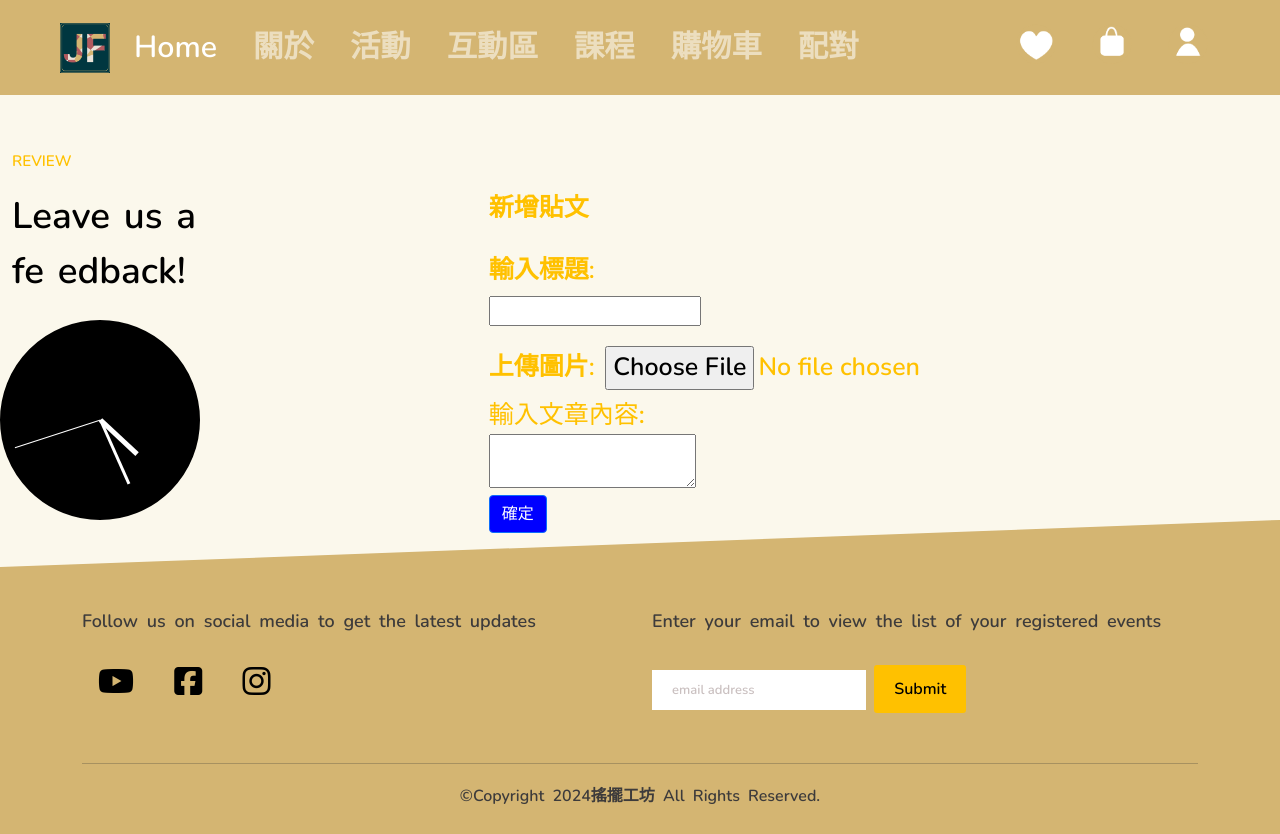
Repository: mmmooonnn0211/project
Page: workspace/demoSpringBoot-1/src/main/resources/static/html/LTInsertFront.html
The author's editor kept a copy of each file at every save. The page is drawn from the files as they stood at one save, then again after the next save.
The browser window is 1280 px wide. The pictures show the whole page.
Some web libraries are served in a nearby version.

Above is the page before, as saved 2024-05-09 13:46:06.
Console error: ReferenceError: jQuery is not defined

### workspace/demoSpringBoot-1/src/main/resources/static/html/LTInsertFront.html
<!DOCTYPE html>
<html lang="en">

<head>
	<meta charset="UTF-8">
	<meta name="viewport" content="width=device-width, initial-scale=1.0">
	<style>
		.main {
			min-height: 55vh;
			/* 让 .slant 至少占据整个视口高度 */

		}

		.clock {
			width: 200px;
			height: 200px;
			border: 2px solid #000;
			border-radius: 50%;
			background-color: #000;
			position: relative;
			margin-top: -20%;
		}

		.hour,
		.minute,
		.second {
			position: absolute;
			background-color: white;
			transform-origin: bottom center;
			/* 將旋轉的中心設置為底部中心 */
		}

		.hour {
			width: 5px;
			height: 50px;
			left: calc(50% - 2.5px);
			/* 計算時鐘中心 */
			bottom: 50%;
			background-color: white;
			/* 時針顏色：紅色 */
		}

		.minute {
			width: 3px;
			height: 70px;
			left: calc(50% - 1.5px);
			/* 計算時鐘中心 */
			bottom: 50%;
			background-color: white;
			/* 分針顏色：藍色 */
		}

		.second {
			width: 1px;
			height: 90px;
			left: calc(50% - 0.5px);
			/* 計算時鐘中心 */
			bottom: 50%;
			background-color: white;
			/* 秒針顏色：綠色 */
		}
	</style>
	<!-- Bootstrap CSS -->
	<link href="https://cdn.jsdelivr.net/npm/bootstrap@5.0.0-beta3/dist/css/bootstrap.min.css" rel="stylesheet"
		integrity="sha384-eOJMYsd53ii+scO/bJGFsiCZc+5NDVN2yr8+0RDqr0Ql0h+rP48ckxlpbzKgwra6" crossorigin="anonymous">
	<script src="https://kit.fontawesome.com/4287c80df9.js" crossorigin="anonymous"></script>

	<!--Google Font : Nunito-->
	<link rel="preconnect" href="https://fonts.gstatic.com">
	<link href="https://fonts.googleapis.com/css2?family=Nunito:wght@600&display=swap" rel="stylesheet">

	<!-- For style(All CSS content) -->
	<link rel="stylesheet" type="text/css" href="../styles/home.css" />
	<link rel="stylesheet" type="text/css" href="../styles/footer.css" />
	<link rel="stylesheet" type="text/css" href="../styles/navbar.css" />
	<link rel="icon" href="images/favicon.ico">

	<!-- JS Bundle for BS  -->
	<script src="https://cdn.jsdelivr.net/npm/popper.js@1.16.1/dist/umd/popper.min.js"
		integrity="sha384-9/reFTGAW83EW2RDu2S0VKaIzap3H66lZH81PoYlFhbGU+6BZp6G7niu735Sk7lN" crossorigin="anonymous">
		</script>

</head>


<body>



	</div>
	<!-- <section> -->
	<div class="main">
		<form method="post" action=" /LTinsertFront.controller" enctype="multipart/form-data"
			onsubmit="return validateForm();">
			<div class="container-fluid" style="margin-top: 150px;">
				<div class="row" style="margin-bottom: 100px; margin-top: 100px;">
					<div class="col-md-4" style="text-align: left;">
						<p class="review">REVIEW</p>
						<p class="feedback">Leave us a <br>fe edback!</p>
					</div>
					<div class="col-sm-8">
						<div class="container" id="cards" style="  background-color:rgxb(250, 250, 185)">
							<div class="" style="margin: auto;">
								<div id="sugg" class="neon-yellow" style="font-weight: bold; font-size: 25px; ">新增貼文
								</div>
								<br>
								<div id="text" class="neon-yellow" style=" font-size: 25px;">輸入標題:
								</div>
								<div style="height:50px; ">
									<input id="title" name="title" style="width: auto;" ; />
								</div>
								<div id="text" class="neon-yellow" style="font-weight: bold; font-size: 25px;">上傳圖片:
									<input type="file" id="picture" name="picture" />
								</div>

								<div id="picture" class="neon-yellow" style="font-size:25px; ">
									輸入文章內容:
								</div>
								<textarea id="content" name="content"></textarea>

								<div>
									<button type="submit" class="btn btn-primary"
										style="background-color:blue">確定</button>
								</div>
							</div>
						</div>
					</div>
				</div>
			</div>
		</form>
		<div class="container text-center">

		</div>
	</div>




	<div class="container">
	</div>


	<script>

		fetch('basic.html')
			.then(response => response.text())
			.then(html => {
				document.body.innerHTML += html;
			});

	</script>
	<div id="clock"></div>

	<div class="clock" id="clock">
		<div class="hour" id="hour"></div>
		<div class="minute" id="minute"></div>
		<div class="second" id="second"></div>
	</div>

	<script>
		function updateClock() {
			var now = new Date();
			var hours = now.getHours();
			var minutes = now.getMinutes();
			var seconds = now.getSeconds();

			var hourDeg = (hours % 12) * 30 + minutes * 0.5; // 一小時30度，一分鐘0.5度
			var minuteDeg = minutes * 6; // 一分鐘6度
			var secondDeg = seconds * 6; // 一秒鐘6度

			document.getElementById('hour').style.transform = 'rotate(' + hourDeg + 'deg)';
			document.getElementById('minute').style.transform = 'rotate(' + minuteDeg + 'deg)';
			document.getElementById('second').style.transform = 'rotate(' + secondDeg + 'deg)';
		}

		// 每秒更新一次時間
		setInterval(updateClock, 1000);

		// 初始化頁面時立即更新時間
		updateClock();
	</script>
	<script type="text/javascript" charset="utf8"
		src="https://cdn.datatables.net/1.11.5/js/jquery.dataTables.js"></script>
	<script src="https://cdn.jsdelivr.net/npm/bootstrap@5.0.0-beta3/dist/js/bootstrap.bundle.min.js"
		integrity="sha384-JEW9xMcG8R+pH31jmWH6WWP0WintQrMb4s7ZOdauHnUtxwoG2vI5DkLtS3qm9Ekf" crossorigin="anonymous">
		</script>

</body>

</html>

### workspace/demoSpringBoot-1/src/main/resources/static/styles/home.css
/* hiding vertical scroll bar from every page */
::-webkit-scrollbar {
  width: 0 !important
}




body {
  font-family: 'Nunito', sans-serif;
  background-color: #FBF8EC;
  word-spacing: 0.25rem;
}

::selection {
  color: black;
  background: #ffc100;
}

::placeholder {
  color: rgb(202, 192, 192);
}

.neon-yellow {
  color: #ffc100;
}

.working-heading {
  font-size: 2.3rem;
  font-weight: bold;
  color: black;
}


.date-style {
  font-weight: 850;
  padding: 0 0 0.3rem 0;
}

.sub-heading {
  font-size: 1.5rem;
  font-weight: 1000;
  padding: 0 0 0.3rem 0;
}

.small-subtext {
  color: black;
  font-weight: 700;
  font-size: 1rem;
}

.process-heading {
  font-weight: 1000;
  font-size: 0.95rem;
}

.eng,
.feedback,
.some {
  font-size: 2.3rem;
  font-weight: 1000;
  color: black;
}

.center-line {
  border-left: 0.58rem solid #ffc100;
  height: 110%;
  position: absolute;
  top: 0%;
  left: 0%;
}

.padding-for-mobile {
  padding: 0 1rem 2rem 4rem;
  text-align: left;
  /*background-color:  white;*/
}

.stickyy-corner {
  position: -webkit-sticky;
  position: sticky;
  top: 0;
}

.timeline-left-style {
  color: black;
  text-align: right;
  padding: 0 4rem 0 5.2rem;
}

.timeline-right-style {
  color: black;
  text-align: left;
  position: relative;
  padding: 0 5.2rem 0 4rem;
  overflow-y: hidden;
}

.d-block {
  margin-top: 2%;
  border-radius: 7px;
  border: 3px solid rgb(245, 241, 241);
  width: 100%;
}

.chess,
.review,
.event {
  color: #ffc100;
  font-weight: 850;
  font-size: 0.95rem;
}


#text {
  font-weight: 850;
  font-size: 0.75rem;
  margin-bottom: 7px;
}

#sugg {
  font-size: 1.5rem;
  font-weight: 1000;
}

#btn {
  background-color: #ffc100;
  color: rgb(0, 0, 0);
  padding: 10px 20px;
  text-align: center;
  border: none;
  border-radius: 3px;
  display: block;
  margin: auto;
  margin-top: 15px;
  font-weight: bold;
}


#box,
#msg {
  background-color: #DDDDDD;
  border-radius: 3.5px;
  border: none;
  margin-bottom: 12px;
  width: 100%;
}

#msg {
  height: 120px;
}

#box {
  height: 35px;
}

#spon {
  color: black;
  margin-top: 60px;
  display: flex;
  justify-content: space-evenly;
  align-items: center;
  font-weight: bold;
  margin-bottom: 20px;
}

.image {
  height: 100px;
}

.image3 {
  height: 250px;
  overflow-y: hidden;
}

.pic1,
.pic2 {
  font-weight: bold;
  font-size: medium;
}

.pic1 {
  margin-top: 20px;
}

.column {
  display: flex;
  flex-direction: column;
  justify-content: space-evenly;
  align-items: center;
}

.columns {
  display: flex;
  flex-direction: column;
  justify-content: center;
  align-items: flex-start;
}

.pic2 {
  color: gray;
  font-size: small;
}

.event,
.some,
.last,
.pic,
.pic1,
.pic2 {
  display: flex;
  justify-content: space-evenly;
  align-items: center;
}

.subhead {
  color: black;
  font-size: 3rem;
  overflow-y: hidden;
}

.active {
  color: #ffc100;
}

.active:hover {
  color: #ffc100;
}

p {
  color: black;
}

.title-img {
  width: 25%;
  margin-left: 8%;
  transform: rotate(10deg);
}

.hover {
  color: #ffc100;
}

.title-img3 {
  width: 25%;
  transform: rotate(-10deg);
}

.title-img2 {
  width: 35%;
  padding-right: 5%;
  padding-left: 5%;


}

.carousel-img-styles {
  border: 0.13rem solid black;
  border-radius: 1rem;
}

h1 {
  font-size: 5rem;
  line-height: 1.5;
  font-weight: 900;
}

#title {
  margin-bottom: 11rem;
}

.col-lg-3 {
  padding-left: 3rem;
}

.ex-btn {
  margin-top: 2.5rem;
  margin-bottom: 30px;
}

.carousel-container {
  width: 55%;
}

#cards {
  padding: 10px 50px;
}

.card {
  background-color: black;
  border-radius: 10px;
  /* display: block;
    margin: auto;
    font: 16px;
    width:55%; */
  padding: 30px 20px;

}

@media only screen and (max-width: 767px) {
  .small-subtext {
    font-size: 0.8rem;
  }

  .padding-for-mobile {
    padding: 0 0 4rem 2rem;
  }

  /*
  .sticky-corner {
    position: static;
  }
  */
  #cards {
    padding: 0px 20px;
  }


  .sub-heading {
    font-size: 1.3rem;
  }

  .process-heading {
    font-size: 0.85rem;
  }

  .working-heading {
    font-size: 1.5rem;
  }

  .timeline-left-style {
    padding: 0 2.5rem 0 3rem;
  }

  .timeline-right-style {
    padding: 0 3rem 0 2.5rem;
  }

  #spon {
    font-size: 1.5rem;
  }

  .some,
  .eng,
  .feedback {
    font-size: 1.5rem;
  }

  .card {
    width: 100%;
  }

  .pic {
    flex-direction: column;
  }

  .carousel-container {
    width: 85%;
  }
}

@media only screen and (max-width: 575px) {

  .title-img,
  .title-img3 {
    display: none;
  }

  .title-img2 {
    display: block;
    margin: auto;
    width: 100%;
    padding: 50px;
  }
}

@media only screen and (max-width: 375px) {


  .date-style {
    font-size: 0.8rem;
  }

  .sub-heading {
    font-size: 0.9rem;
  }

  .small-subtext {
    font-size: 0.7rem;
  }

  .timeline-left-style {
    padding: 0 1.6rem 0 2rem;
  }

  .timeline-right-style {
    padding: 0 2rem 0 2rem;
  }
}

### workspace/demoSpringBoot-1/src/main/resources/static/styles/footer.css
/*
hiding vertical scroll bar from every page
*/
::-webkit-scrollbar {
    width: 0 !important
}




.slant {
    /* width: 110%;
    background-color: #DDDDDD;
    transform: rotate(-3deg);
    height: 100px; */
    clip-path: polygon(0 15%, 100% 0, 100% 100%, 0 100%);
  }

  .container{
    margin-top: 30px;
  }

  .left, .right {
    font-size: large;
    font-weight: bold;
    margin-top: 50px;
    color: rgb(61, 59, 59);
    margin-bottom: 30px;
  }

  .below {
    background-color:#D4B572;
    position: relative;
    padding-top: 8px;
    padding-bottom: 6px;
    width: 100%;
    height: 100%;
  }

  #mail {
    border: none;
    height: 30px;
    padding: 20px;
    font-size: small;
    font-weight: bold;
  }

  #bttn {
    background-color: #ffc100;
    color: black;
    padding: 12px 20px;
    text-align: center;
    border: none;
    border-radius: 3px;
    font-weight: bold;
  }


  .fa-youtube:hover{
    color: rgb(230, 59, 59);
    transition: 0.5s;
  }

  .fa-twitter:hover, .fa-facebook-square:hover{
    color: rgba(18, 212, 212, 0.596);
    transition: 0.5s;
  }

  .fa-instagram:hover{
    color: rgb(218, 30, 61);
    transition: 0.5s;
  }

  .fa-github{
    color: rgb(43, 36, 36);
    transition: 0.5s;
  }

  .fab {
    padding: 0 1rem 0 1rem;
    font-size: 2rem;
    color: black;
  }

  .last {
    font-weight: 900;
    color: rgb(61, 59, 59);
    margin: 20px;
    display: flex;
  justify-content: space-evenly;
  align-items: center;
  }

  @media only screen and (max-width: 767px) {
    .slant{
      clip-path: polygon(0 5%, 100% 0, 100% 100%, 0 100%);
    }
  }

  @media only screen and (max-width: 375px) {
    .slant{
      clip-path: polygon(0 5%, 100% 0, 100% 100%, 0 100%);
    }
  }

### workspace/demoSpringBoot-1/src/main/resources/static/styles/navbar.css
/* 鼠標移動導覽列*/
.nav-item :hover {
  color: rgb(255, 128, 128);
  cursor: pointer;
  background-color: #B15A5E;
  border-radius: 10px;
}

.navbar a {
  color: #ff2600a2;
  border-radius: 10px;
}


.navbar {
  padding: 1rem 2rem;
  position: fixed;
  z-index: 100;
  width: 100%;
  margin: 0;
  top: 0;
  left: 0;
  background-color: #D4B572;
}

.nav-item {
  padding: 0 20px 0 0;
}

.nav-link {
  font-size: 1.9rem;
  font-weight: 900;

}


.dropdown-item,
.dropdown-menu {
  background-color: #B15A5E;
  color: #BF3F41;
  ;
  margin: 0;
}






.dropdown-menu a {
  color: white;
  ;
  text-decoration: none;
  display: block;
  text-align: left;
}

### workspace/demoSpringBoot-1/src/main/resources/static/html/basic.html
<!doctype html>
<html lang="en">

<head>
    <!-- Required meta tags -->
    <meta charset="utf-8">
    <meta name="viewport" content="width=device-width, initial-scale=1">




    <title>JFSwing</title>
</head>

<body>

    <!-- Shashank's Section -->
    <!-- <section class="title"> -->
    <!-- Navbar section -->
    <nav class="navbar navbar-expand-lg navbar-dark">
        <!-- <LOGO> -->
        <div class="container-fluid">
            <div width="50px" height="50px">
                <a class="m-3" href="index.html"> <img src="../images/LOGO.png" width="50px" height="50px"
                        alt="Eternals">
                </a>
                <button class="navbar-toggler" type="button" data-bs-toggle="collapse" data-bs-target="#navbarCollapse"
                    aria-controls="navbarCollapse" aria-expanded="false" aria-label="Toggle navigation">
                    <span class="navbar-toggler-icon"></span>
                </button>
            </div>
            <div class="collapse navbar-collapse" id="navbarCollapse">
                <ul class="navbar-nav ">
                    <li class="nav-item">
                        <a class="nav-link active" href="frontPage.html">Home </a>
                    </li>
                    <li class="nav-item">
                        <a class="nav-link" href="about.html">關於</a>
                    </li>
                    <li class="nav-item">
                        <a class="nav-link" href="EventAll.html">活動</a>
                    </li>
                    <li class="nav-item">
                        <a class="nav-link" href="/LTSelectAll2">互動區</a>
                    </li>
                    <li class="nav-item">
                        <a class="nav-link" href="contact.html">課程</a>
                    </li>
                    <li class="nav-item">
                        <a class="nav-link" href="">購物車</a>
                    </li>
                    <li class="nav-item">
                        <a class="nav-link" href="">配對</a>
                    </li>

                </ul>

            </div>

            <!-- <右上角的東西> -->
            <div class="navbar-nav justify-content-end">
                <ul class="navbar-nav">
                    <li class="nav-item">
                        <div class="m-2 rounded-circle overflow-hidden align-self-center ratio ratio-1x1"
                            style="width: 40px">
                            <img src="../images/LOVE.png" alt="" class="object-fit-cover w-100 h-100" />
                        </div>
                    </li>
                    <li class="nav-item">
                        <div class="m-2 rounded-circle overflow-hidden align-self-center ratio ratio-1x1"
                            style="width: 40px">
                            <img src="../images/SHOP.png" alt="" class="object-fit-cover w-100 h-100" />
                        </div>
                    </li>
                    <li class="nav-item">
                        <a href="#" target="_blank"
                            class="m-2 rounded-circle overflow-hidden align-self-center ratio ratio-1x1"
                            style="width: 40px; display: inline-block;">
                            <img src="../images/MAN.png" alt="Facebook" class="object-fit-cover w-100 h-100" />
                        </a>
                    </li>

                </ul>

            </div>
        </div>
    </nav>

    <!-- Title -->
    <!-- <中間> -->



    <!-- footer-->
    <div class="slant footer-content mt-auto">

        <footer class="below">
            <div class="container">
                <div class="row">
                    <div class="col-lg-6">
                        <p class="left">Follow us on social media to get the latest updates</p>
                        <a href="#"><i class="fab fa-youtube"></i></a>
                        <a href="https://www.facebook.com/apple.hi.77?mibextid=kFxxJD"><i
                                class="fab fa-facebook-square"></i></a>
                        <a href="#"><i class="fab fa-instagram"></i></a>

                    </div>
                    <div class="col-lg-6">
                        <p class="right">Enter your email to view the list of your registered events</p>
                        <input id="mail" placeholder="email address">
                        <span><button id="bttn">
                                Submit </button></span>
                    </div>
                </div>
                <hr style="margin-top: 50px;">
            </div>
            <div class="last">&copy;Copyright 2024搖擺工坊 All Rights Reserved.</div>
        </footer>

    </div>



</body>

</html>

After the next save:
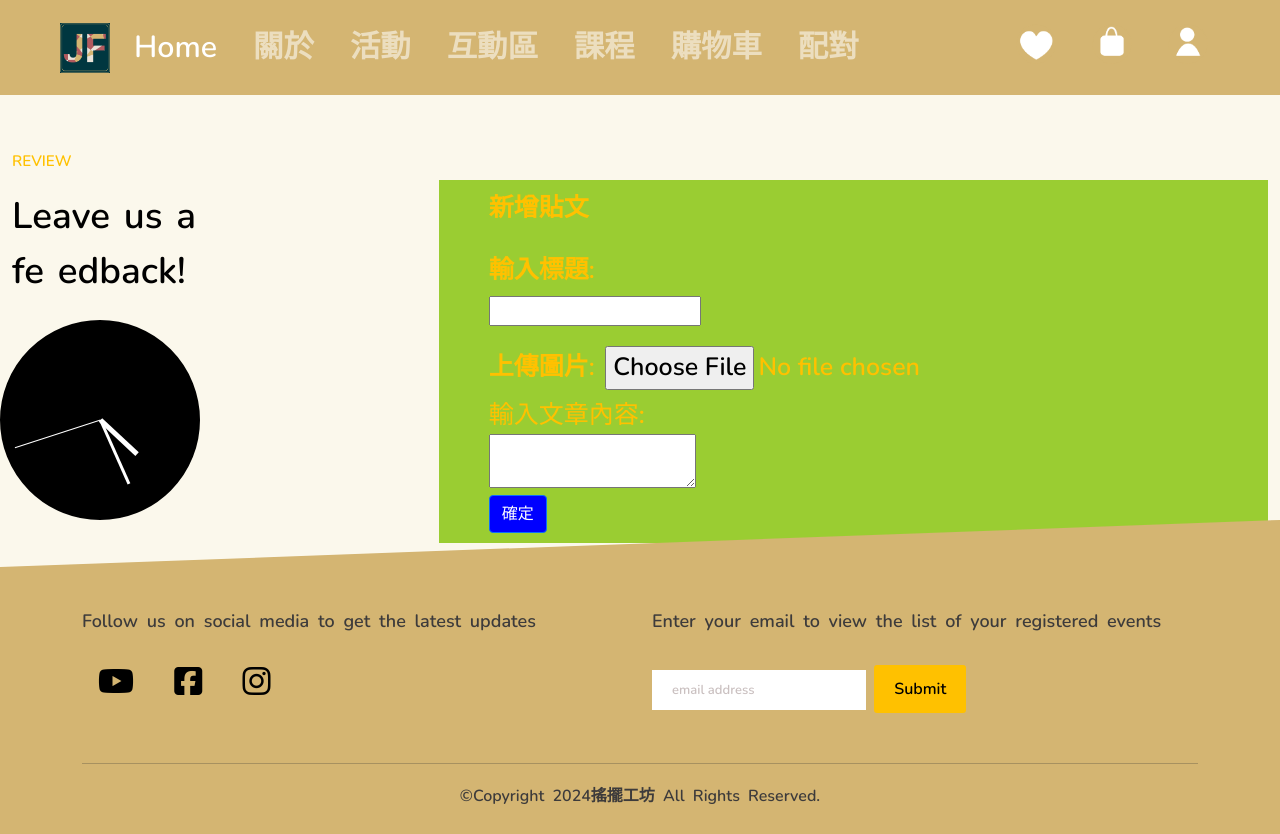
Saved 30 s later.
--- a/workspace/demoSpringBoot-1/src/main/resources/static/html/LTInsertFront.html
+++ b/workspace/demoSpringBoot-1/src/main/resources/static/html/LTInsertFront.html
@@ -99,7 +99,7 @@
 						<p class="feedback">Leave us a <br>fe edback!</p>
 					</div>
 					<div class="col-sm-8">
-						<div class="container" id="cards" style="  background-color:rgxb(250, 250, 185)">
+						<div class="container" id="cards" style="  background-color:yellowgreen">
 							<div class="" style="margin: auto;">
 								<div id="sugg" class="neon-yellow" style="font-weight: bold; font-size: 25px; ">新增貼文
 								</div>
